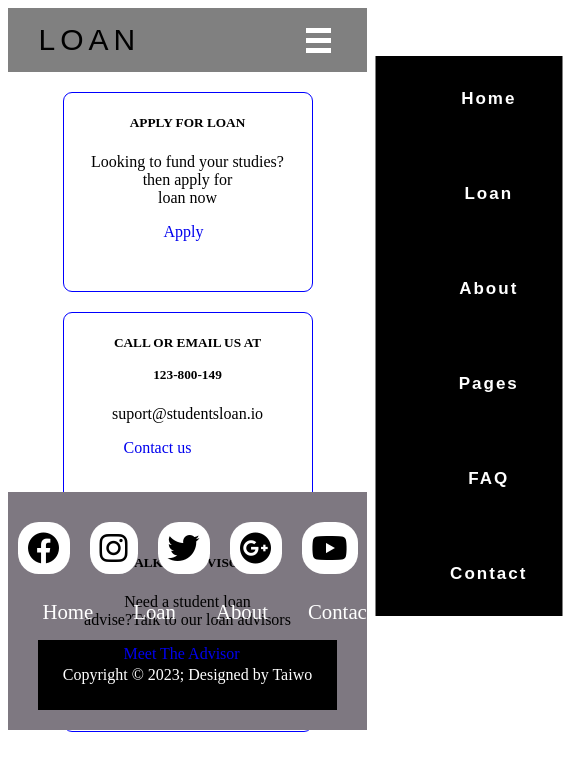
Repository: Tobby004/basic-loanweb
Page: contact.html
These files come from the project's save history. The page is drawn as it stood at one moment and after the next save; the edit follows.
The browser window is 375 px wide. The page is 563 px wide, so the pictures cover 563 px, including what lies to the right of the window. The pictures show the whole page.

Above is the page before, as saved 2023-07-06 09:37:04.

### contact.html
<!DOCTYPE html>
<html lang="en">
<head>
    <meta charset="UTF-8">
    <meta http-equiv="X-UA-Compatible" content="IE=edge">
    <meta name="viewport" content="width=device-width, initial-scale=1.0">
    <title>Contact</title>
    <link rel="stylesheet" href="contact.css">
    <link rel="stylesheet" href="https://cdnjs.cloudflare.com/ajax/libs/font-awesome/6.4.0/css/all.min.css" integrity="sha512-iecdLmaskl7CVkqkXNQ/ZH/XLlvWZOJyj7Yy7tcenmpD1ypASozpmT/E0iPtmFIB46ZmdtAc9eNBvH0H/ZpiBw==" crossorigin="anonymous" referrerpolicy="no-referrer" />
</head>
<body>
    <nav>
        <div class="logo">LOAN</div>
            <ul class="nav-links">
                    <li><a class="active"><a href="index.html">Home</a></li>
                    <li><a href="apply.html">Loan</a></li>
                    <li><a href="about.html">About</a></li>
                    <li><a href="#">Pages</a></li>
                    <li><a href="#">FAQ</a></li>
                    <li><a href="contact.html">Contact</a></li>
            </ul>
            <div class="burger">
            <div class="line1"></div>
            <div class="line2"></div>
            <div class="line3"></div>
            </div>
        </nav>
    <div class="contact-box">
        <div class="cob-1">
       <h5>APPLY FOR LOAN</h5>
       <p>Looking to fund your studies? <br> then apply for <br> loan now</p>
       <a href="apply.html">Apply</a>
        </div>
        <div class="cob-2">
         <h5>CALL OR EMAIL US AT <br><br>123-800-149</h5>
         <p>suport@studentsloan.io</p>
         <a href="contact.html">Contact us</a>
        </div>
        <div class="cob-3">
         <h5>TALK TO ADVISOR</h5>
         <p>Need a student loan <br> advise?Talk to our loan advisors</p>
         <a href="#">Meet The Advisor</a>
     </div>
    </div>
    <div class="footer">
        <div class="socialicon">
         <a href=""><i class="fa-brands fa-facebook"></i></a>
         <a href=""><i class="fa-brands fa-instagram"></i></a>
         <a href=""><i class="fa-brands fa-twitter"></i></a>
         <a href=""><i class="fa-brands fa-google-plus"></i></a>
         <a href=""><i class="fa-brands fa-youtube"></i></a>
        </div>
    <div class="footernav">
     <ul>
         <li><a href="">Home</a></li>
         <li><a href="">Loan</a></li>
         <li><a href="">About</a></li>
         <li><a href="">Contact</a></li>

     </ul>
    </div>
    <div class="footerbottom">
     <p>Copyright &copy 2023; Designed by <span class="design">Taiwo</span> </p>
    </div>
     </div>
     <script src="nav.js"></script>
</body>
</html>

### contact.css
* {
    box-sizing: border-box;
}
nav {
    display: flex;
    justify-content: space-around;
    align-items: center;
    min-height: 8vh;
    font-family: sans-serif;
    background: gray;
}
.logo {
    color: black;
    text-transform: uppercase;
    letter-spacing: 5px;
    font-size: 30px;
    margin-right: 100px;
    font-family: sans-serif ;
}
 .nav-links {
    display: flex;
    justify-content: space-around;
    width: 0;
    gap: 20px;
 }
.nav-links a {
    color: #ffffff;
     text-decoration: none;
     letter-spacing: 2px;
     font-weight: bold;
     font-size: 17px;
}
.nav-links li :hover {
    transition: all 3s;
    background: #ffffff;
    color: blue;
}
.nav-links li {
    list-style: none;
}
.burger div {
    width: 25px;
    height: 5px;
    background-color: #ffffff;
    margin: 5px;
    transition: all 0.3s ease-in;
}
.burger {
    display: none;
}

.contact-box{
    display:flex ;
    gap: 20px;
    justify-content: space-between;
    margin: auto;
    height: 400px;
    width: 690px;
    background: #ffffff;
}
.contact-box h3 {
    text-align: center;
}
.contact-box p {
    text-align: center;
}
.cob-1 {
    margin-top: 20px;
    height: 200px;
    width: 250px;
    background: white;
    border-radius: 9px;
    border: solid 0.5px blue;
}
.cob-2 {
    margin-top: 20px;
    height: 200px;
    width: 250px;
    background: white;
    border-radius: 9px;
    border: solid 0.5px blue;
}
.cob-3 {
    margin-top: 20px;
    height: 200px;
    width: 250px;
    background: white;
    border-radius: 9px;
    border: solid 0.5px blue;
}
.contact-box h5 {
    text-align: center;
}
.contact-box a {
    text-decoration: none;
}
.cob-1 a {
margin-left: 100px;
}
.cob-2 a {
    margin-left: 60px;
}
.cob-3 a {
    margin-left: 60px;
}

.footer{
    background: rgb(126, 120, 129);
    width: 100%;
    padding: 20px 30px 20px;
}
.socialicon {
    display: flex;
    justify-content: center;
}
.socialicon a {
    text-decoration: none;
    padding: 10px;
    margin: 10px;
    background: #ffffff;
    border-radius: 40%;
}
.socialicon a i {
    font-size: 2em;
    color: black;
}
.footernav ul {
 display: flex;
 justify-content: center;
 list-style: none;
}
.footernav ul li a{
 color: #ffffff;
 margin: 20px;
 text-decoration: none;
 font-size: 1.3em;
}
.footerbottom {
    background-color: black;
    padding: 10px;
    text-align: center;
}
.footerbottom p {
    color:white
}


@media only screen and (max-width:550px) {
     body {
        overflow: hidden;
     }
    .nav-links {
        position: absolute;
        right: 0px;
        top: 5vh;
        height: 70vh;
        background: black;
        display: flex;
        gap: 10px;
        width: 50%;
        flex-direction: column;
        align-items: center;
        transform: translateX(100%);
        transition: transform 0.5s ease-in;
    }
    .nav-links li {
        opacity: 1;
    }
    .nav-links li :hover {
        transition: all 5s;
        color: red;
    }
    .burger {
        display: block;
        cursor: pointer;
    }
   .nav-active {
    transform: translateX(0%);
   }
   .footernav {
    flex-direction: column;
   }
   .footernav ul li {
    width: 100%;
    text-align: center;
    margin: 1opx;
   }
    .contact-box {
        display: block;
        width: max-content;
    }

}

### nav.js
const navSlide = () => {
    const burger = document.querySelector('.burger');
    const navlinks = document.querySelector('.nav-links');
    const navLinks = document.querySelectorAll('.nav-links li');

 burger.addEventListener('click', ()=> {
    navlinks.classList.toggle('nav-active');

});
burger.classList.toggle('toggle');
}

navSlide()

After the next save:
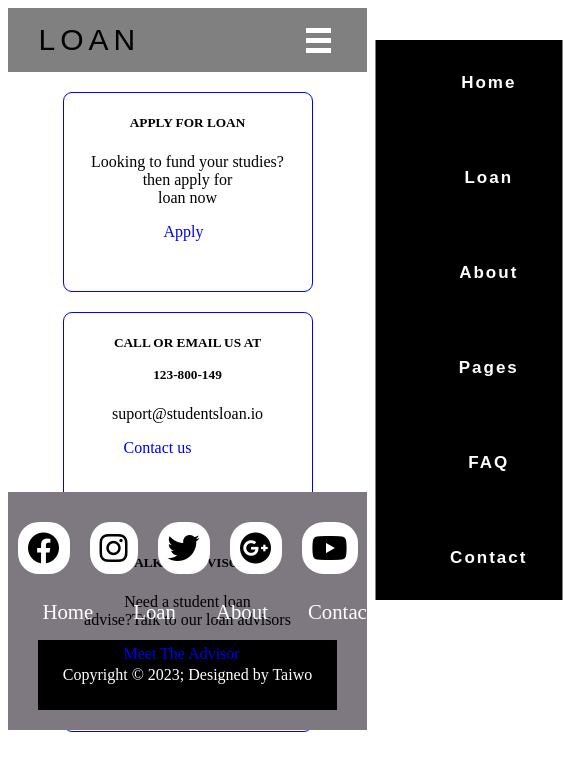
Saved 119 s later.
--- a/contact.css
+++ b/contact.css
@@ -147,12 +147,12 @@ margin-left: 100px;
 
 @media only screen and (max-width:550px) {
      body {
-        overflow: hidden;
+        overflow-x: hidden;
      }
     .nav-links {
         position: absolute;
         right: 0px;
-        top: 5vh;
+        top: 3vh;
         height: 70vh;
         background: black;
         display: flex;
